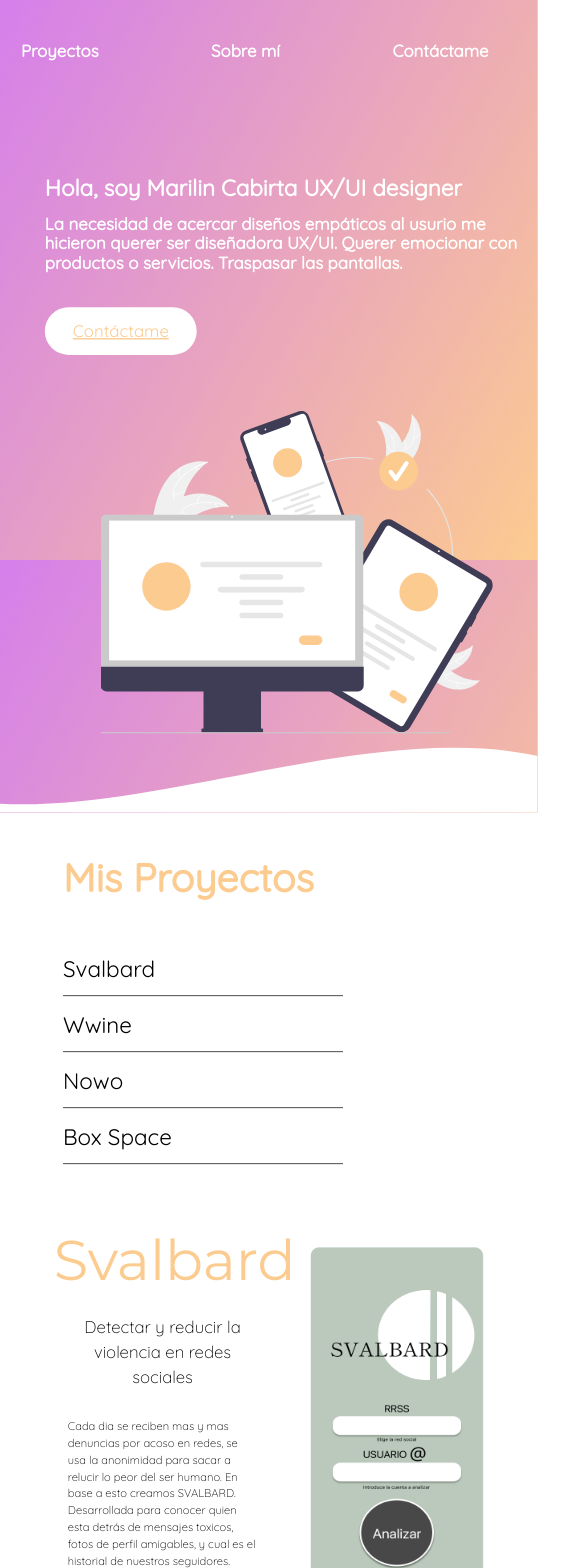
Repository: Marilyncabirta/portfolioHTML
Page: index.html
The author's editor kept a copy of each file at every save. The page is drawn from the files as they stood at one save, then again after a run of saves.
The browser window is 768 px wide. The page is 824 px wide, then 834 px, so the pictures cover 834 px, including what lies to the right of the window. The pictures show the part of the page from y = 0 to 2240 px (the page is 4812 px tall before and 4832 px after), at 70% of full size.
Backgrounds fixed to the window are drawn as part of the page. Some web libraries are served in a nearby version.

Above is the page before, as saved 2022-12-16 13:22:01.

After the next 2 saves:
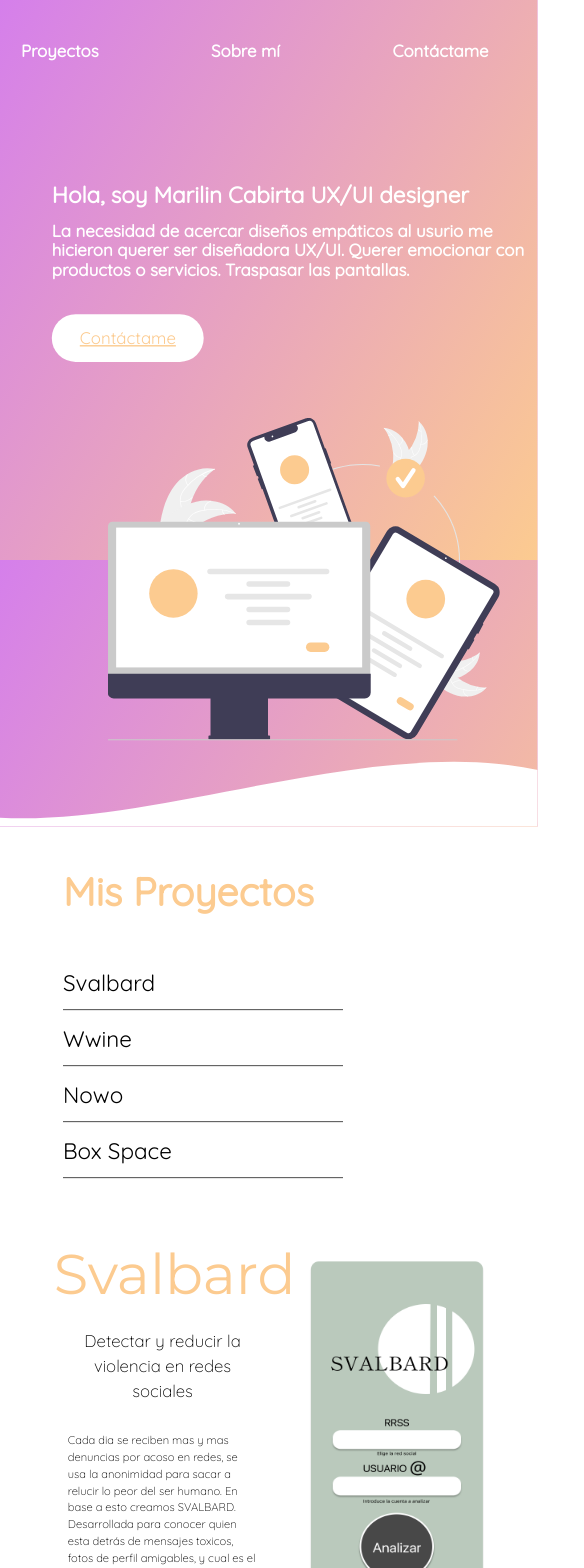
The 2 saves are shown as one change because they came seconds apart.
The last was saved 11 s later.
--- a/css/estilos.css
+++ b/css/estilos.css
@@ -359,7 +359,7 @@ text-decoration: underline;
             grid-template-columns: 1fr ;
             justify-content: center;
             align-items: center;
-            margin: 40px;
+
 
         }
 
